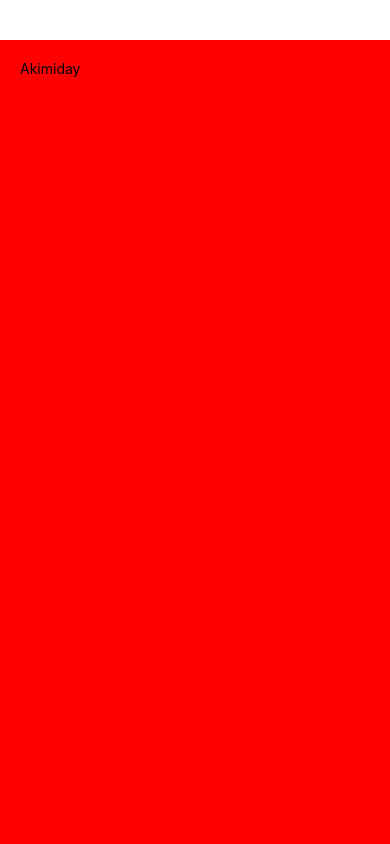
Repository: akinmiday/ReactNativeApp
Screen: /
The author's editor kept a copy of each file at every save. The screen is drawn from the files as they stood at one save, then again after the next save.
The app was drawn by React Native's web renderer in a window 390 px wide. The project was rebuilt for these pictures with package versions that can differ from the ones it lists, and the page was loaded fresh each time.

Above is the screen before, as saved 2023-08-03 18:44:15.

After the next save:
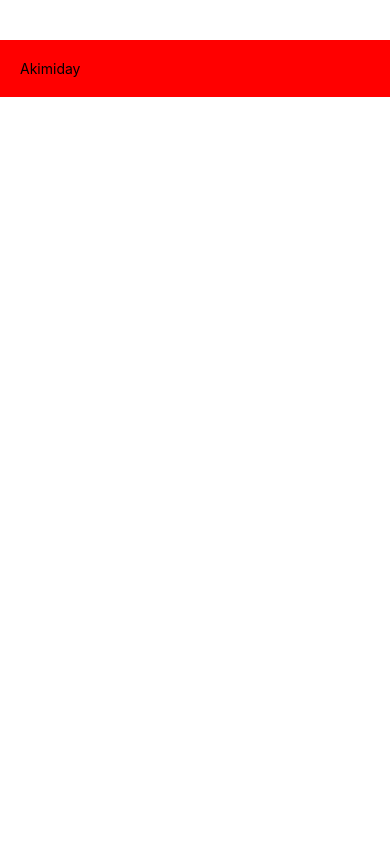
Saved 6 s later.
--- a/styles.js
+++ b/styles.js
@@ -5,7 +5,6 @@
     marginTop: 40,
     padding: 20,
     backgroundColor: "red",
-    flex: 1,
   },
 });
 

After the save that followed:
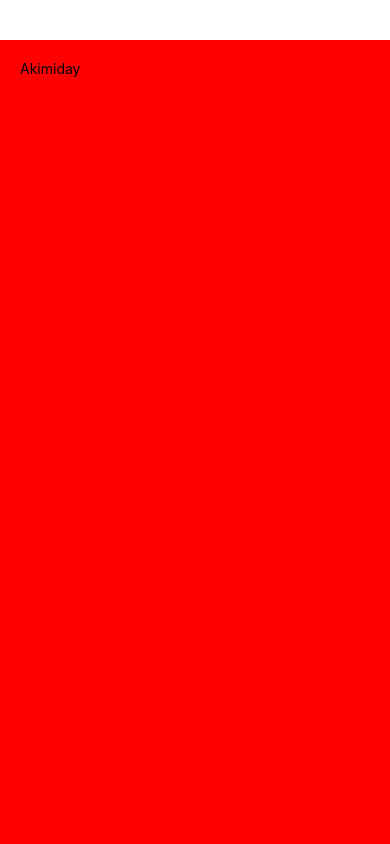
Saved 8 s later.
--- a/styles.js
+++ b/styles.js
@@ -5,6 +5,7 @@
     marginTop: 40,
     padding: 20,
     backgroundColor: "red",
+    flex: 1,
   },
 });
 
